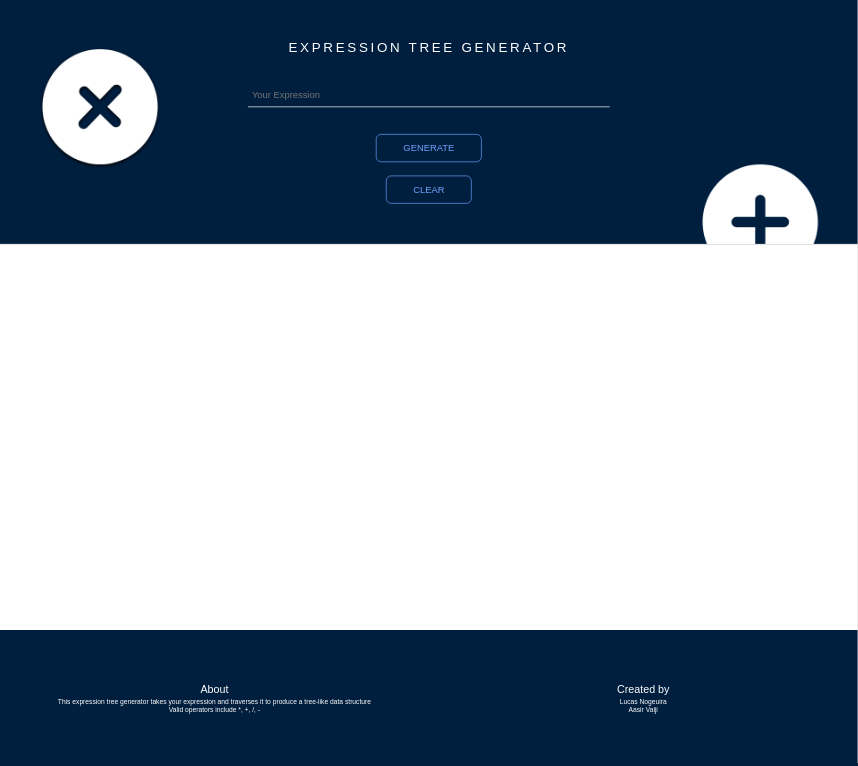
Repository: lnogueir/expression-tree-gen
Page: index.html
These files come from the project's save history. The page is drawn as it stood at one moment and after the next save; the edit follows.
The browser window is 1280 px wide. The pictures show the whole page, at 67% of full size.

Above is the page before, as saved 2020-03-15 20:28:03.

After the next save:
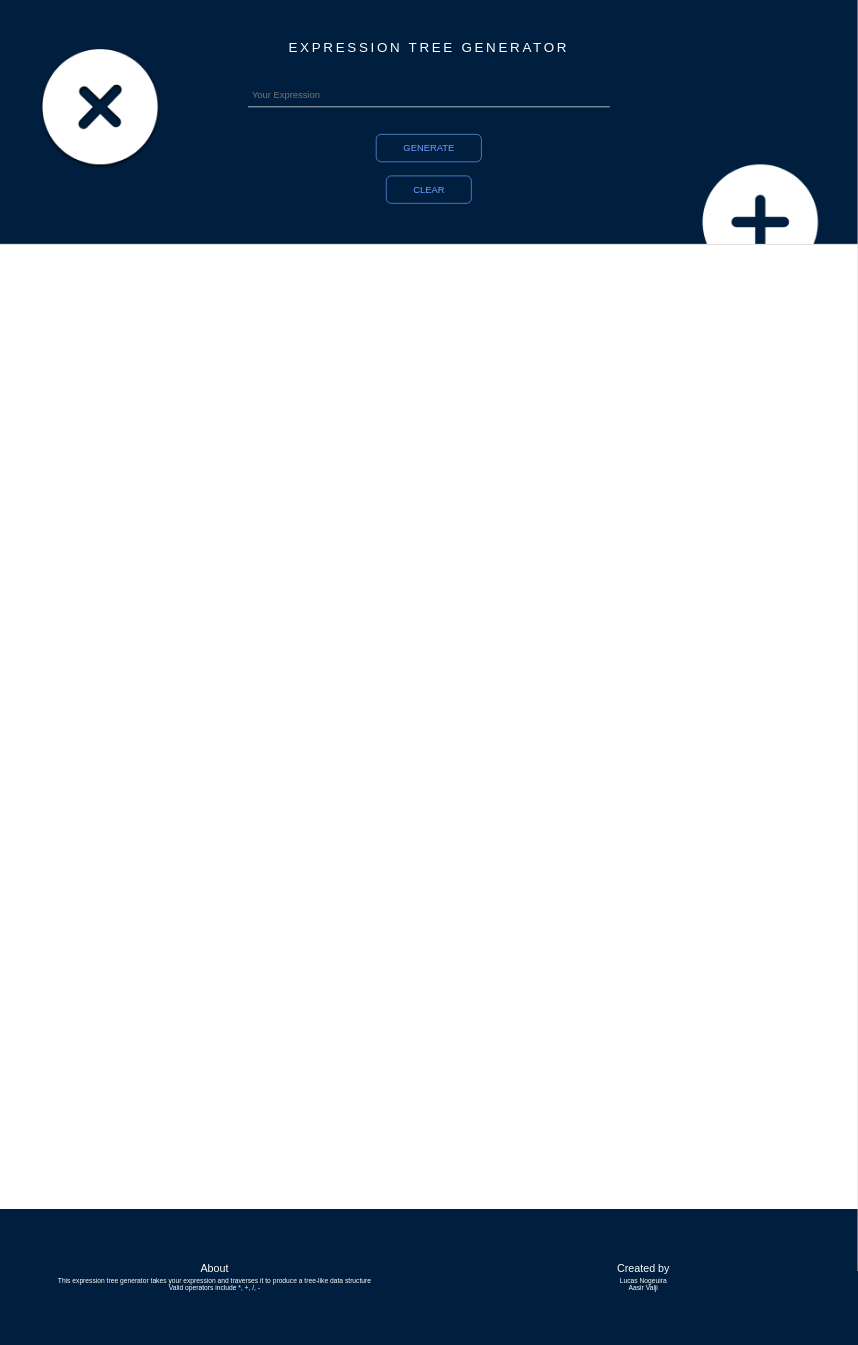
Saved 5 s later.
--- a/app.css
+++ b/app.css
@@ -153,8 +153,8 @@
     flex-direction: column;
     align-items: center;
     margin: auto;
-    height: 80vh;
-    width: 300vw;
+    height: 200vh;
+    width: 100vw;
     max-width: 100vw;
     background: #FFF;
     overflow-y: scroll;

After the save that followed:
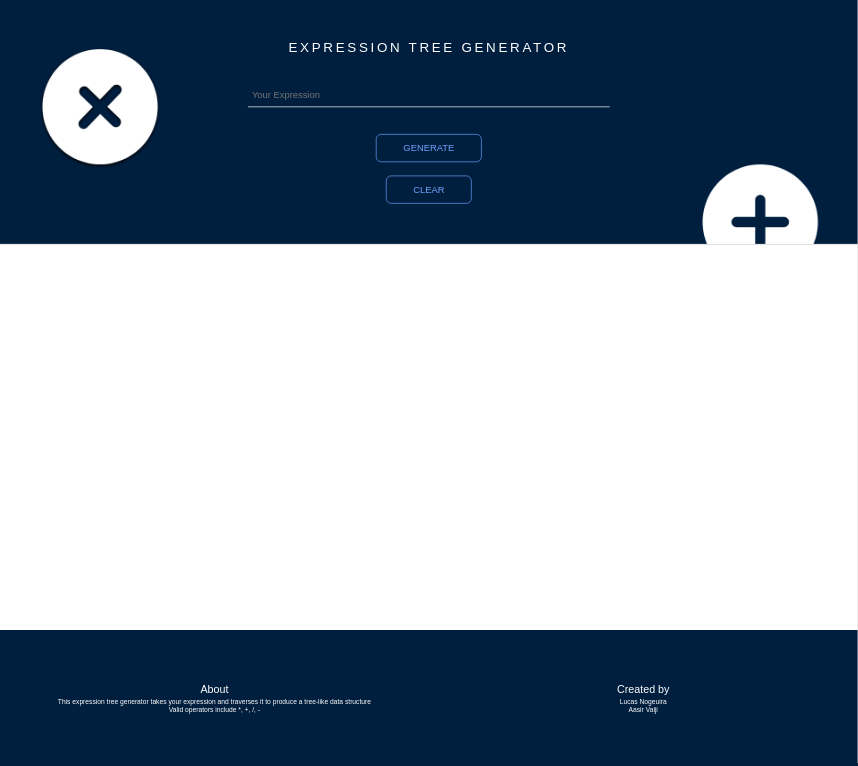
Saved 24 s later.
--- a/app.css
+++ b/app.css
@@ -153,7 +153,7 @@
     flex-direction: column;
     align-items: center;
     margin: auto;
-    height: 200vh;
+    height: 80vh;
     width: 100vw;
     max-width: 100vw;
     background: #FFF;
